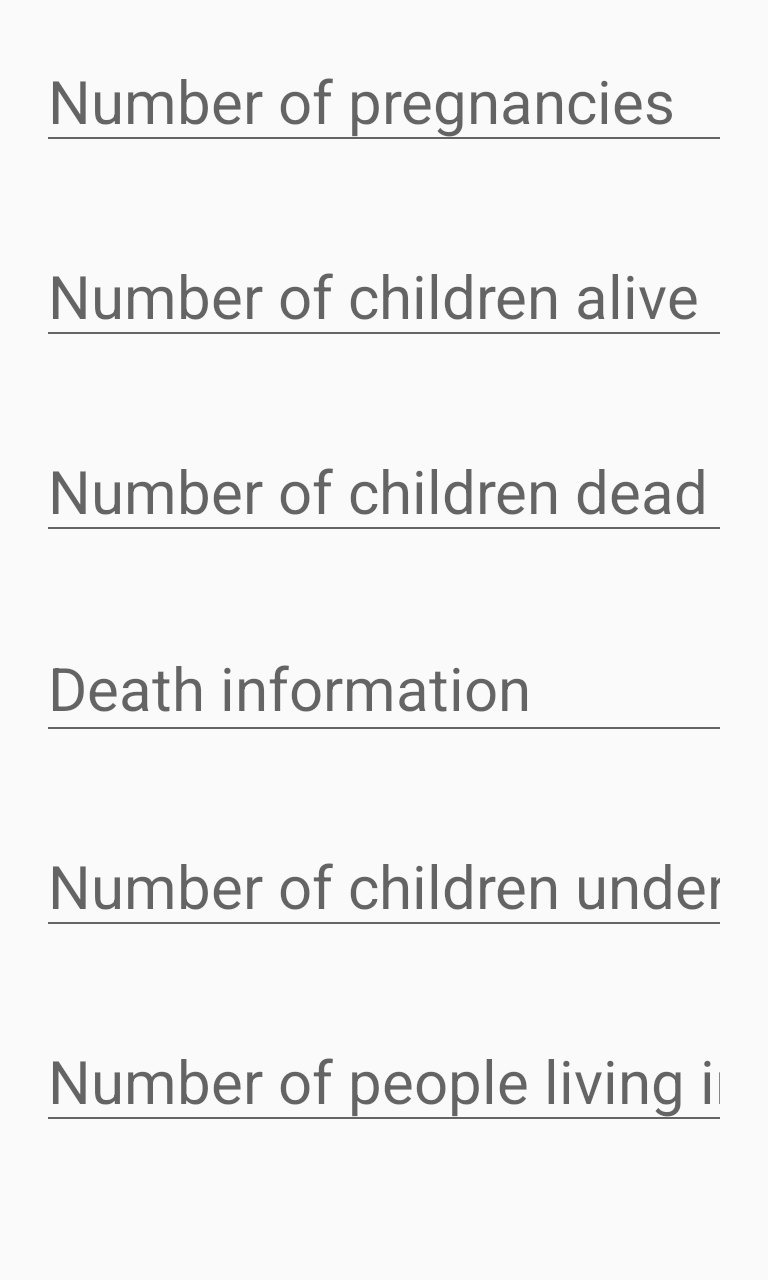
Repository: achavez812/GuatemalaProject2
Layout: GuateMedic-master/GuateMedic/res/layout/fragment_add_new_family_visit2.xml
An editor plug-in stored every save of this project. The layout is shown before and after the next save, followed by the edit.
It is drawn on a 768 x 1280 px phone screen (xhdpi) without system bars, with theme AppTheme; the app's code is not run.

Above is the layout before, as saved 2014-07-02 05:38:36.

### GuateMedic-master/GuateMedic/res/layout/fragment_add_new_family_visit2.xml
<?xml version="1.0" encoding="utf-8"?>
<RelativeLayout xmlns:android="http://schemas.android.com/apk/res/android"
    android:layout_width="match_parent"
    android:layout_height="match_parent">

   	<EditText
        android:id="@+id/family_visit2_num_pregnancies"
        android:textSize="30sp"
        android:layout_width="match_parent"
        android:layout_height="wrap_content"
       	android:layout_margin="20dp"
       	android:layout_marginTop="100dp"
       	android:inputType="number"
        android:hint="Number of pregnancies" />

   	<EditText
        android:id="@+id/family_visit2_num_children_alive"
        android:textSize="30sp"
        android:layout_width="match_parent"
        android:layout_height="wrap_content"
        android:layout_margin="20dp"
        android:layout_marginTop="60dp"
        android:inputType="number"
        android:layout_below="@+id/family_visit2_num_pregnancies"
        android:hint="Number of children alive" />
   	<EditText
        android:id="@+id/family_visit2_num_children_dead"
        android:textSize="30sp"
        android:layout_width="match_parent"
        android:layout_height="wrap_content"
       	android:layout_margin="20dp"
       	android:inputType="number"
       	android:layout_below="@+id/family_visit2_num_children_alive"
        android:hint="Number of children dead" />
   	<EditText
        android:id="@+id/family_visit2_death_information"
        android:textSize="30sp"
        android:layout_width="match_parent"
        android:layout_height="60sp"
        android:layout_margin="20dp"
        android:layout_below="@+id/family_visit2_num_children_dead"
        android:hint="Death information"
        android:layout_marginBottom="60dp"/>

   	<EditText
        android:id="@+id/family_visit2_num_children_under_5"
        android:textSize="30sp"
        android:layout_width="match_parent"
        android:layout_height="wrap_content"
        android:layout_margin="20dp"
      	android:inputType="number"
      	android:layout_below="@+id/family_visit2_death_information"
        android:hint="Number of children under 5" />
   	<EditText
        android:id="@+id/family_visit2_num_people_in_household"
        android:textSize="30sp"
        android:layout_width="match_parent"
        android:layout_height="wrap_content"
        android:layout_margin="20dp"
        android:inputType="number"
        android:layout_below="@+id/family_visit2_num_children_under_5"
        android:hint="Number of people living in household" />

</RelativeLayout>

### GuateMedic-master/GuateMedic/res/values/styles.xml
<resources xmlns:android="http://schemas.android.com/apk/res/android">

    <!--
        Base application theme, dependent on API level. This theme is replaced
        by AppBaseTheme from res/values-vXX/styles.xml on newer devices.
    -->

    <!-- Application theme. -->
    <style name="AppTheme" parent="@style/Theme.AppCompat.Light.DarkActionBar">
        <!-- All customizations that are NOT specific to a particular API-level can go here. -->
    	<item name="android:typeface">sans</item>
        <item name="actionBarStyle">@style/MyActionBar</item>
    	<item name="android:actionBarStyle">@style/MyActionBar</item>
    	<item name="android:actionOverflowButtonStyle">@style/OverFlow</item>
    	<item name="android:popupMenuStyle">@style/MyPopupMenu</item>
    	<item name="popupMenuStyle">@style/MyPopupMenu</item>
        <item name="android:panelBackground">#004d6b</item>
         <item name="android:itemTextAppearance">@style/myCustomMenuTextApearance</item>

    </style>
       <style name="myCustomMenuTextApearance" parent="@android:style/TextAppearance.Widget.IconMenu.Item">
        <item name="android:textColor">#FFFFFF</item>
        <item name="android:textSize">20sp</item>

    </style>
    <style name="MyActionBar" parent="@style/Widget.AppCompat.Light.ActionBar.Solid.Inverse">
        <item name="android:background">#004d6b</item>
        <item name="android:titleTextStyle">@style/TitleText</item>



    </style>

    <style name ="MyPopupMenu" parent="android:Theme.Holo.Light">
        <item name="android:popupBackground">#004d6b</item>
    </style>

    <style name="OverFlow" parent="@android:style/Widget.Holo.ActionButton.Overflow">
    	<item name="android:src">@drawable/ic_action_overflow</item>
	</style>
    <style name="TitleText">
        <item name="android:textColor">#FFFFFF</item>
        <item name="android:typeface">sans</item>
        <item name="android:textSize">30sp</item>

    </style>
	<!--
	<style name="HomePage" parent="AppTheme">
	<item name="android:background"> @drawable/guatemala_home_bg </item>
	</style>
	    -->





</resources>

After the next save:
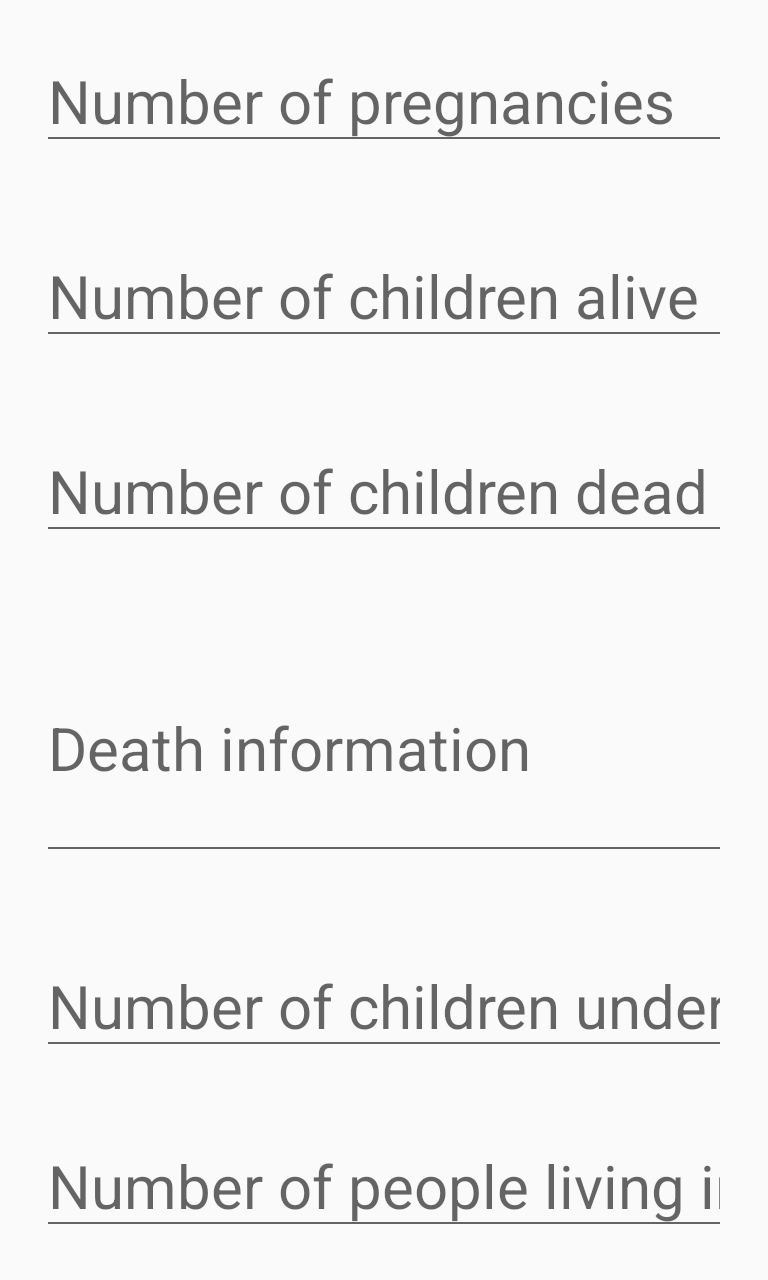
Saved 11 s later.
--- a/GuateMedic-master/GuateMedic/res/layout/fragment_add_new_family_visit2.xml
+++ b/GuateMedic-master/GuateMedic/res/layout/fragment_add_new_family_visit2.xml
@@ -36,7 +36,7 @@
         android:id="@+id/family_visit2_death_information"
         android:textSize="30sp"
         android:layout_width="match_parent"
-        android:layout_height="60sp"
+        android:layout_height="120sp"
         android:layout_margin="20dp"
         android:layout_below="@+id/family_visit2_num_children_dead"
         android:hint="Death information"
